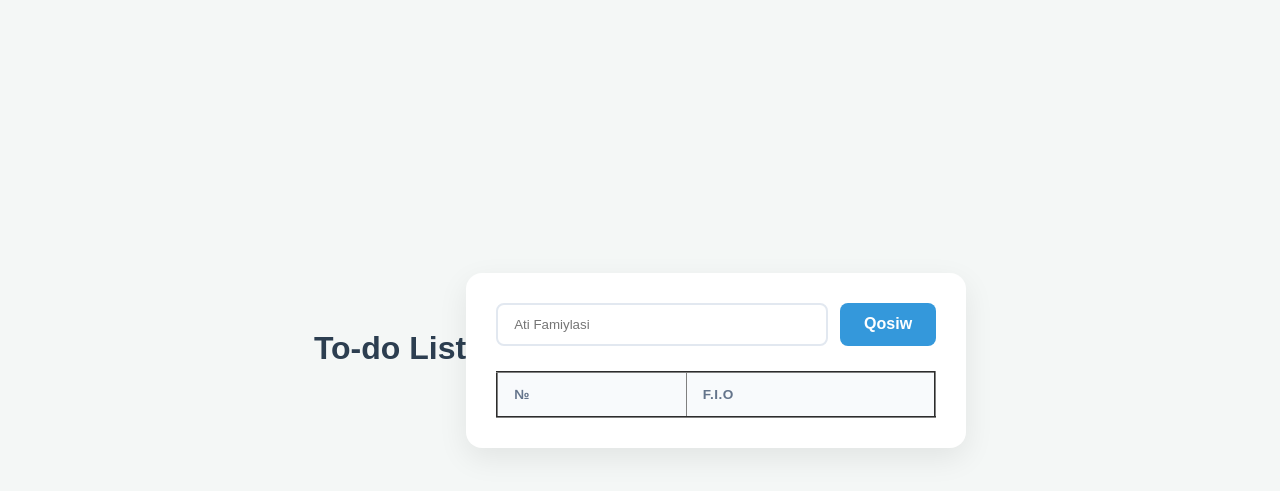
Repository: atamuratov777/my-to-do-list
Page: index.html
These files come from the project's save history. The page is drawn as it stood at one moment and after the next save; the edit follows.
The browser window is 1280 px wide. The pictures show the whole page.

Above is the page before, as saved 2026-06-18 14:13:33.

### index.html
<!DOCTYPE html>
<html lang="en">
<head>
    <meta charset="UTF-8">
    <meta name="viewport" content="width=device-width, initial-scale=1.0">
    <title>Document</title>
    <link rel="stylesheet" href="./style.css">
</head>
<body>
    <h1>To-do List</h1>
    <div class="card">
    <div class="textName">
        <input type="text" placeholder="Ati Famiylasi" onchange="namech(event)">
        <button>Qosiw</button>
    </div>
    <table border="2">
        <thead>
            <th>№</th>
            <th>F.I.O</th>
        </thead>
        <tbody id="tbody">
        </tbody>
    </table>

    <script src="./script.js"></script>
</body>
</html>

### style.css

* {
    margin: 0;
    padding: 0;
    box-sizing: border-box;
    font-family: sans-serif;
}

body {
    background-color: #f4f7f6;
    color: #333;
    display: flex;

    align-items: center;
    justify-content: center;
    height: 100vh;
    padding: 20px;
}

h1 {
    display: flex;
    align-items: center;
    justify-content: center;
    margin-bottom: 24px;
    color: #2c3e50;

    font-weight: 600;
}


.card {
    background: #ffffff;
    padding: 30px;
    border-radius: 16px;
    box-shadow: 0 10px 30px rgba(0, 0, 0, 0.08);
    width: 100%;
    max-width: 500px;
}

/* Форма ввода */
.textName {
    display: flex;
    gap: 12px;
    margin-bottom: 25px;
}

input {
    flex: 1;
    padding: 12px 16px;
    border: 2px solid #e2e8f0;
    border-radius: 8px;


}


button {
    padding: 12px 24px;
    background-color: #3498db;
    color: white;
    border: none;
    border-radius: 8px;
    font-size: 1rem;
    font-weight: 600;
    cursor: pointer;
    transition: background 0.2s, transform 0.1s;
}

button:hover {
    background-color: #2980b9;
}

button:active {
    transform: scale(0.98);
}

/* Таблица */
table {
    width: 100%;
    border-collapse: collapse;
    margin-top: 10px;
    text-align: left;
}

th, td {
    padding: 14px 16px;
    border-bottom: 1px solid #edf2f7;
}

thead th {
    background-color: #f8fafc;
    color: #64748b;
    font-size: 0.85rem;
    text-transform: uppercase;
    letter-spacing: 0.5px;
    font-weight: 600;
}

tbody tr:hover {
    background-color: #f8fafc;
}

/* Стили для иконки удаления */
.trash {
    cursor: pointer;
    text-align: center;
    font-size: 1.1rem;
    transition: transform 0.3s ease, color 0.2s;
    user-select: none;
}

.trash:hover {
    transform: scale(1.2);
    color: #e74c3c;
}

### script.js
let person=[]
const tbody=document.getElementById("tbody")

function namech(event){
    tbody.innerHTML=""
    person.push({
        id:12,
        name:event.target.value
    })
    person.forEach((person,index)=>{
        tbody.innerHTML+=`<tr>
        <th>${index+1}</th>
        <th>${person.name}<th>
        <th onClick={clicktrash(${index+1})} class="trash">🗑</th>
        </tr>`
    })
}

console.log("Usi ekran")

function clicktrash(basil) {
    tbody.innerHTML=""
    person.splice(basil-1,1)
    console.log(person)
    person.forEach((person,index)=>{
        tbody.innerHTML+=`<tr>
        <th>${index+1}</th>
        <th>${person.name}<th>
        <th onClick={clicktrash(${index+1})} class="trash">🗑</th>
        </tr>`
    })
}

After the next save:
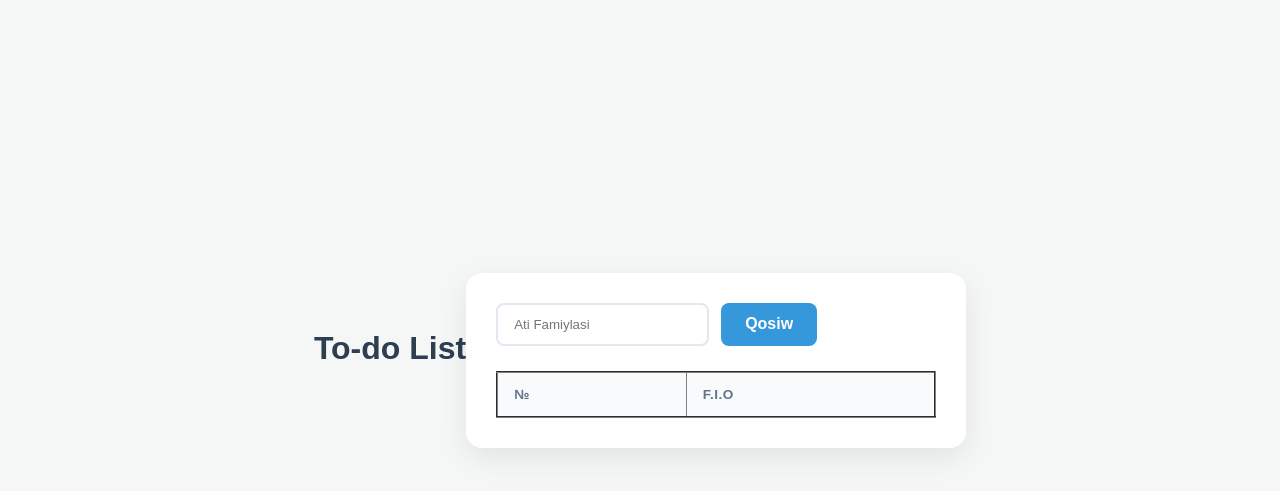
Saved 12 s later.
--- a/style.css
+++ b/style.css
@@ -45,7 +45,7 @@
 }
 
 input {
-    flex: 1;
+
     padding: 12px 16px;
     border: 2px solid #e2e8f0;
     border-radius: 8px;

After the save that followed:
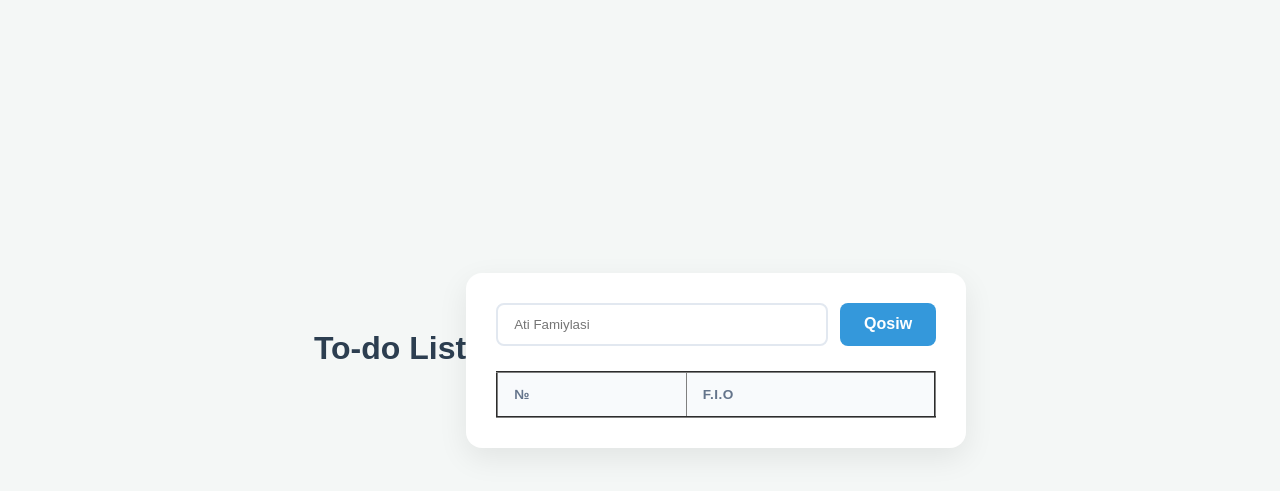
Saved 8 s later.
--- a/style.css
+++ b/style.css
@@ -45,7 +45,7 @@
 }
 
 input {
-
+    flex: 1;
     padding: 12px 16px;
     border: 2px solid #e2e8f0;
     border-radius: 8px;
